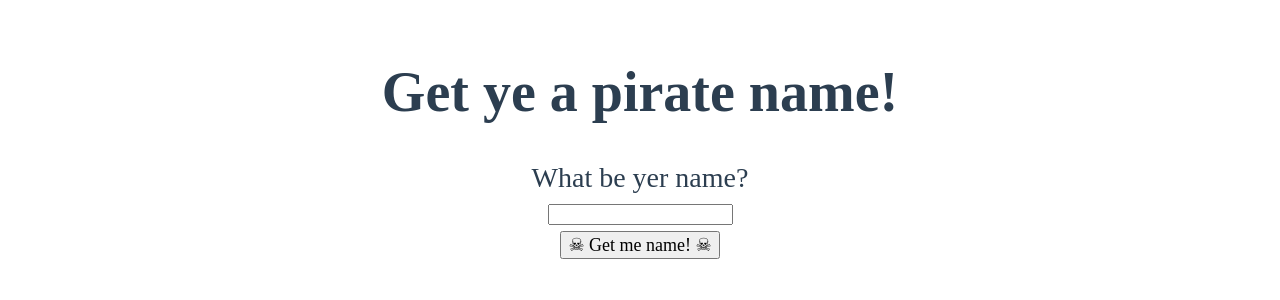
Repository: tessaSAC/pirate-namer
Page: /
The author's editor kept a copy of each file at every save. The page is drawn from the files as they stood at one save, then again after the next save.
The browser window is 1280 px wide. The pictures show the whole page.
Some web fonts or font styles are not loaded; a fallback is used. The project was rebuilt for these pictures with package versions that can differ from the ones it lists, and the page was loaded fresh each time. Also part of the build but not shown: vite.config.js.

Above is the page before, as saved 2021-08-05 20:10:47.

After the next save:
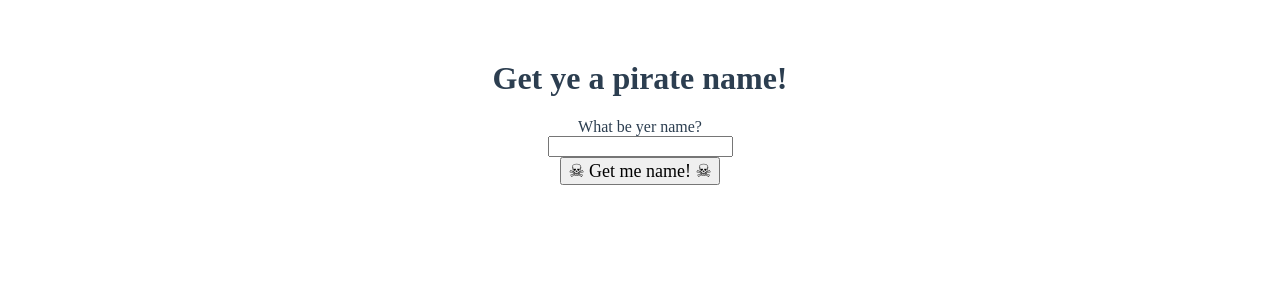
Saved 3 min 25 s later.
--- a/src/App.vue
+++ b/src/App.vue
@@ -181,7 +181,7 @@
 
 
 <style lang="scss">
-@import url('https://fonts.googleapis.com/css2?family=Grenze+Gotisch&family=Miniver&family=Playball&family=Seaweed+Script&family=Trade+Winds&display=swap');
+@import url('https://fonts.googleapis.com/css2?family=Grenze+Gotisch&family=Miniver&family=Playball&family=Seaweed+Script&family=Trade+Winds&family=Cabin+Sketch&display=swap');
 
 #app {
   /* font-family: 'Trade Winds', cursive;
@@ -196,7 +196,8 @@
   color: #2c3e50;
   margin-top: 60px;
 
-  font-size: 28px;
+  font-size: 28
+  px;
 
   button {
     font-family: Miniver;

After the 4 saves that followed:
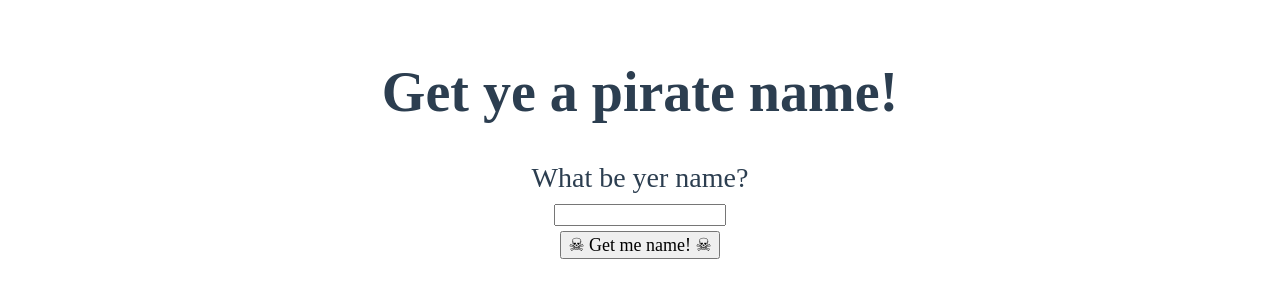
The 4 saves are shown as one change because 2 left the picture as it was and some came seconds apart.
The last was saved 63 s later.
--- a/src/App.vue
+++ b/src/App.vue
@@ -187,6 +187,7 @@
   /* font-family: 'Trade Winds', cursive;
   font-family: 'Seaweed Script', cursive;
   font-family: 'Playball', cursive; */
+  font-family: 'Cabin Sketch', cursive;
   font-family: 'Grenze Gotisch', cursive;
   font-family: 'Miniver', cursive;
 
@@ -196,8 +197,11 @@
   color: #2c3e50;
   margin-top: 60px;
 
-  font-size: 28
-  px;
+  font-size: 28px;
+
+  input {
+    font-family: 'Cabin Sketch';
+  }
 
   button {
     font-family: Miniver;
